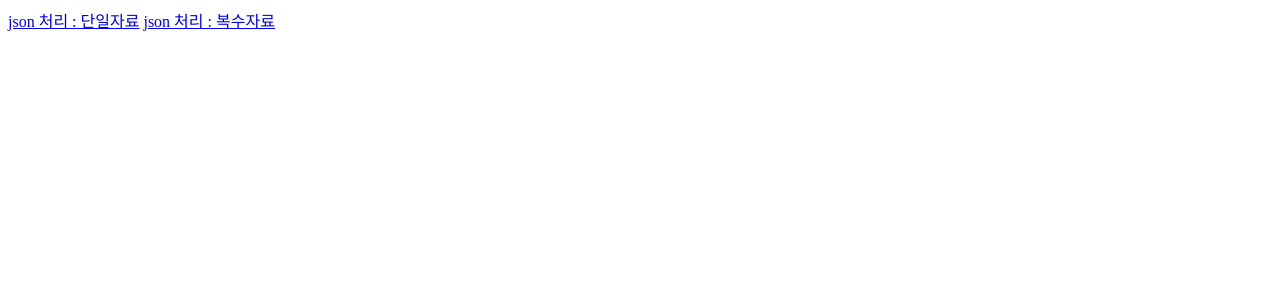
Repository: offbr/Spring
Page: http://localhost/spring_mvc18_json/
These files come from the project's save history. The page is drawn as it stood at one moment and after a run of saves; the edit follows.
The browser window is 1280 px wide. The pictures show the whole page.
The page is served by Tomcat 9.

Above is the page before, as saved 2016-10-13 08:04:03.

After the next 2 saves:
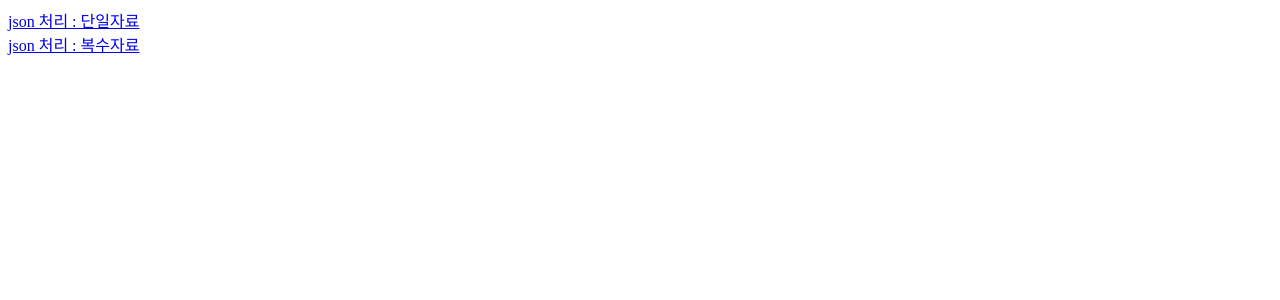
The 2 saves are shown as one change because they came seconds apart.
The last was saved 37 s later.
--- a/spring_mvc18_json/src/main/webapp/index.jsp
+++ b/spring_mvc18_json/src/main/webapp/index.jsp
@@ -11,7 +11,7 @@
 		<title>Welcome</title>
 	</head>
 	<body>
-		<a href="list?name=james">json 처리 : 단일자료</a>
-		<a href="list2">json 처리 : 복수자료</a>
+		<a href="list?name=james">json 처리 : 단일자료</a><br>
+		<a href="list2">json 처리 : 복수자료</a><br>
 	</body>
 </html>
